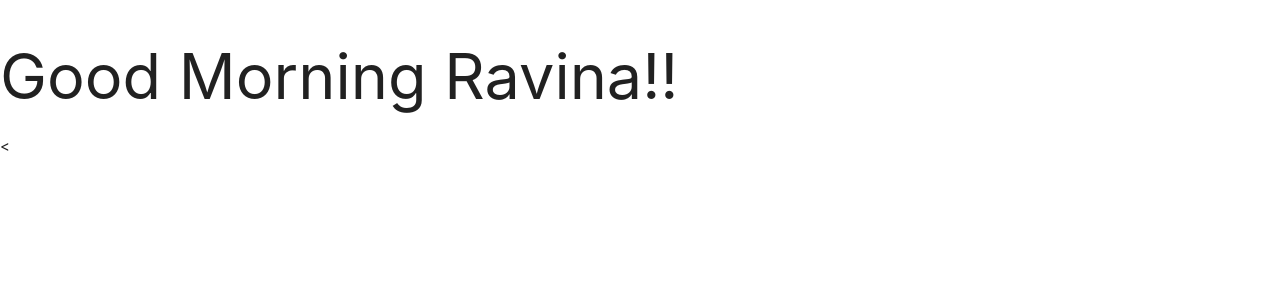
Repository: RavinakS/signup-page-html-js
Page: index.html
These files come from the project's save history. The page is drawn as it stood at one moment and after a run of saves; the edit follows.
The browser window is 1280 px wide. The pictures show the whole page.

Above is the page before, as saved 2021-12-13 11:08:55.

### index.html
<!DOCTYPE html>
<html lang="en">
<head>
    <meta charset="UTF-8">
    <meta http-equiv="X-UA-Compatible" content="IE=edge">
    <meta name="viewport" content="width=device-width, initial-scale=1.0">

    <title>Document</title>
    <link rel="stylesheet" href="https://cdnjs.cloudflare.com/ajax/libs/materialize/1.0.0/css/materialize.min.css">
    <script src="https://cdnjs.cloudflare.com/ajax/libs/materialize/1.0.0/js/materialize.min.js"></script>

</head>
<body>
    <h1>Good Morning Ravina!!</h1>
    <
</body>
</html>

After the next 3 saves:
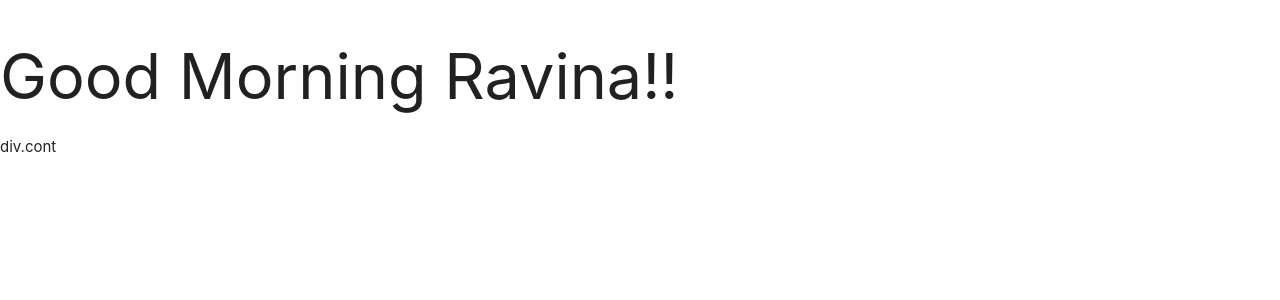
The 3 saves are shown as one change because they came seconds apart.
The last was saved 11 s later.
--- a/index.html
+++ b/index.html
@@ -12,6 +12,6 @@
 </head>
 <body>
     <h1>Good Morning Ravina!!</h1>
-    <
+    div.cont
 </body>
 </html>
